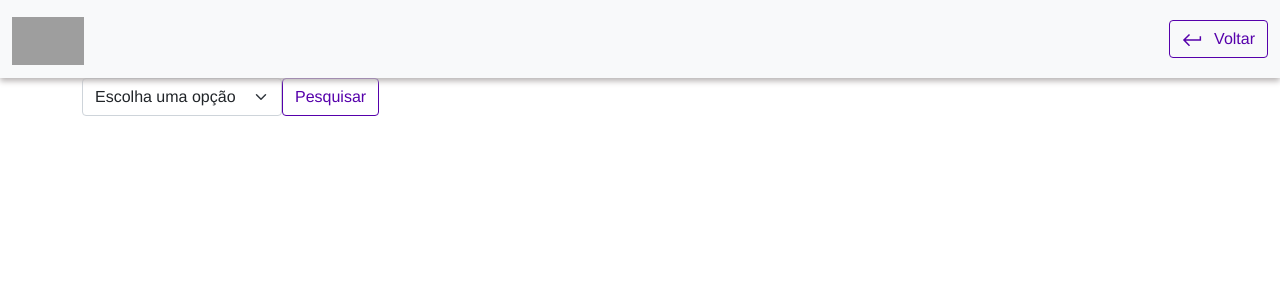
Repository: LuismGil/Countries-list
Page: /
An editor plug-in stored every save of this project. The page is shown before and after the next save, followed by the edit.
The browser window is 1280 px wide. The pictures show the whole page.
Pictures or frames that could not be fetched are drawn as grey boxes. The project was rebuilt for these pictures with package versions that can differ from the ones it lists, and the page was loaded fresh each time.

Above is the page before, as saved 2021-05-22 21:48:02.

After the next save:
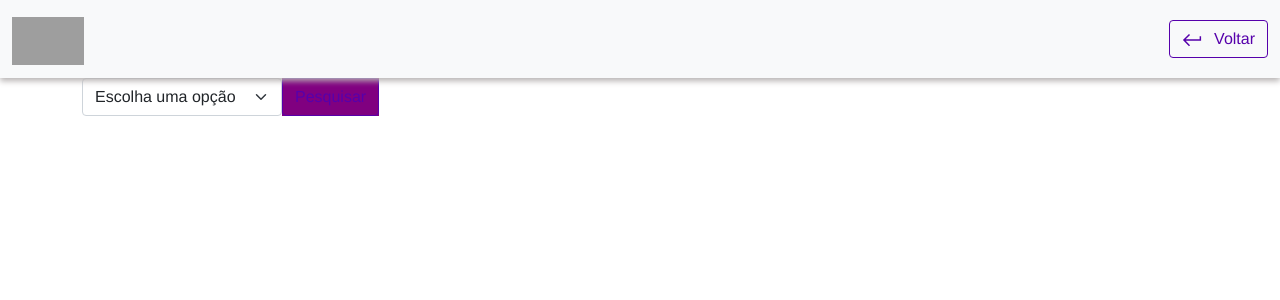
Saved 19 s later.
--- a/src/components/MvCountries.vue
+++ b/src/components/MvCountries.vue
@@ -9,7 +9,7 @@
       <option value="4">País</option>
       <option value="5">Código de ligação</option>
     </select>
-    <mv-button>
+    <mv-button class="test">
       <template v-slot:btn class="test">
         Pesquisar
       </template>

After the 2 saves that followed:
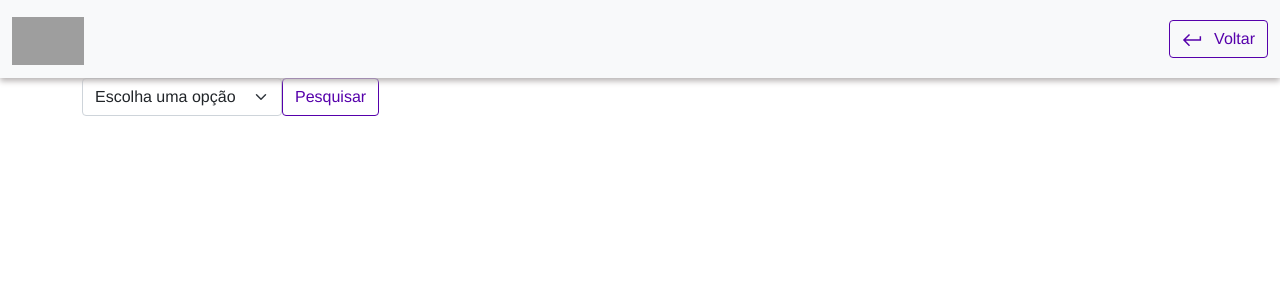
The 2 saves are shown as one change because 1 left the picture as it was.
The last was saved 72 s later.
--- a/src/components/MvCountries.vue
+++ b/src/components/MvCountries.vue
@@ -9,10 +9,10 @@
       <option value="4">País</option>
       <option value="5">Código de ligação</option>
     </select>
-    <mv-button class="test">
-      <template v-slot:btn class="test">
+    <mv-button >
+
         Pesquisar
-      </template>
+
     </mv-button>
     </div>
 
